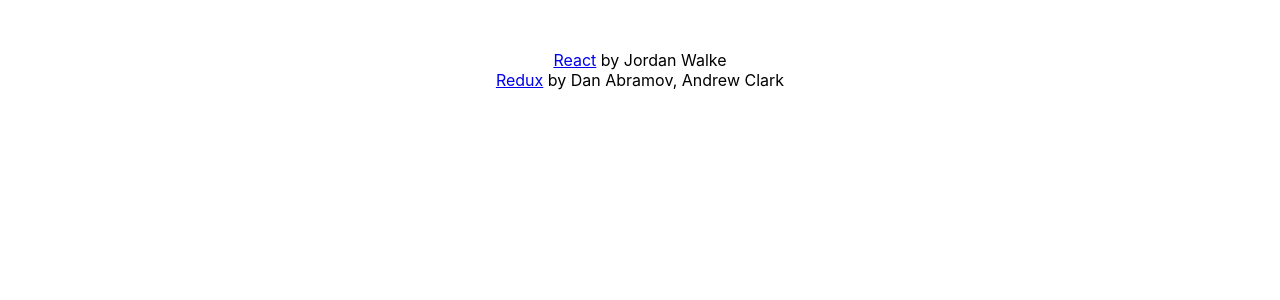
Repository: letakeda/hackernews
Page: /
These files come from the project's save history. The page is drawn as it stood at one moment and after the next save; the edit follows.
The browser window is 1280 px wide. The pictures show the whole page.
The project was rebuilt for these pictures with package versions that can differ from the ones it lists, and the page was loaded fresh each time.

Above is the page before, as saved 2019-12-02 23:20:47.

After the next save:
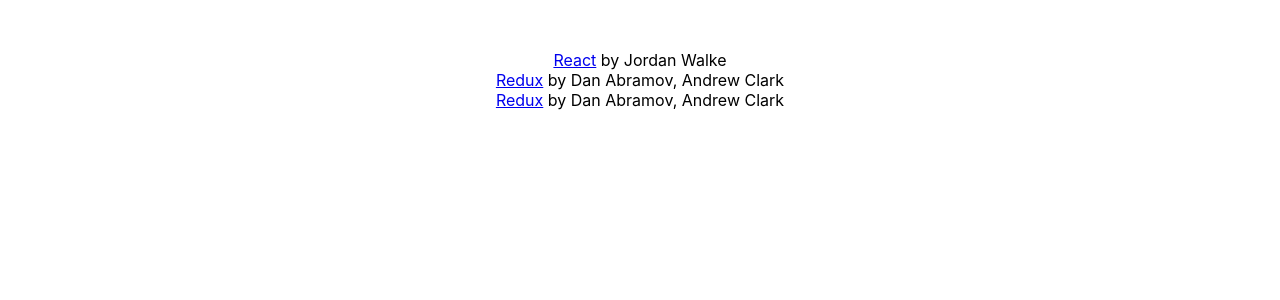
Saved 24 s later.
--- a/src/App.js
+++ b/src/App.js
@@ -7,6 +7,12 @@
     url: 'https://reactjs.org',
     author: ' by Jordan Walke',
     objectID: 1
+  },
+  {
+    title: 'Redux',
+    url: 'https://redux.js.org',
+    author: ' by Dan Abramov, Andrew Clark',
+    objectID: 2
   },
   {
     title: 'Redux',
